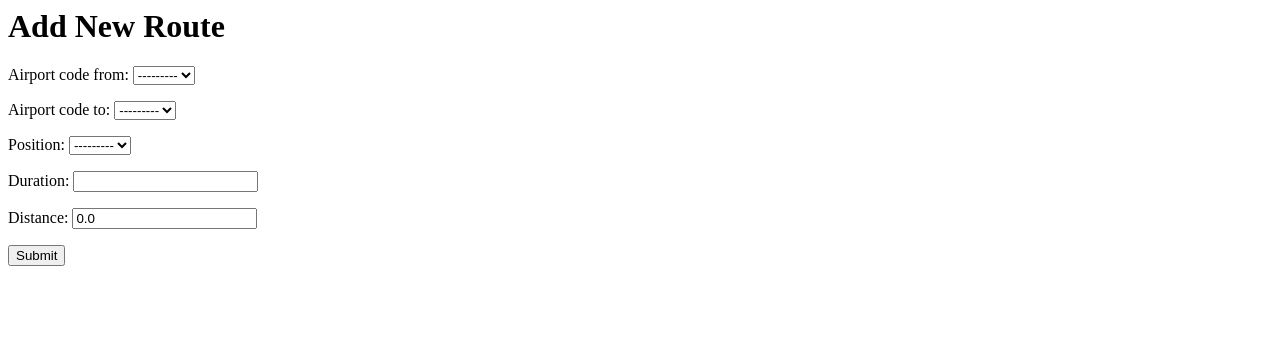
Repository: SNEHASURESH003/flight_system
Page: http://localhost/routes/add/
An editor plug-in stored every save of this project. The page is shown before and after the next save, followed by the edit.
The browser window is 1280 px wide. The pictures show the whole page.
The page is served by the project's application, run on Django 5.2 (manage.py). Queries for data that is not in the repository find no rows.

Above is the page before, as saved 2026-01-19 22:23:21.

After the next save:
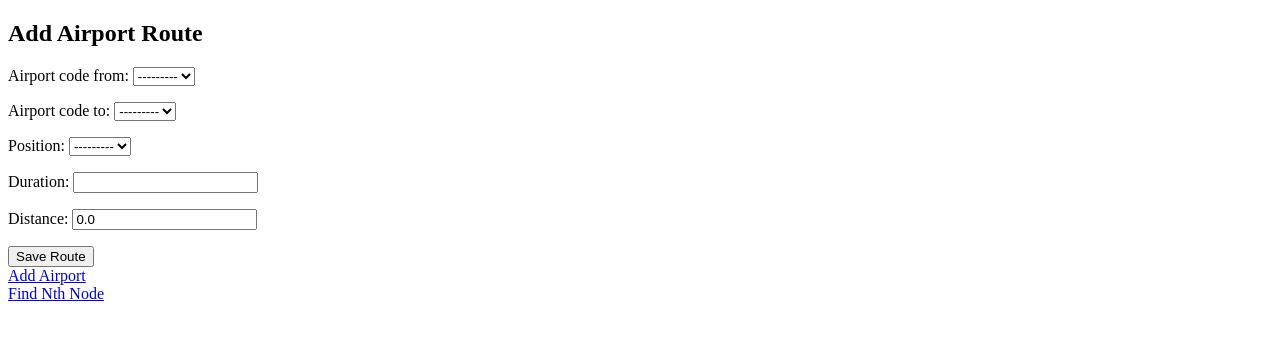
Saved 10 s later.
--- a/airport/airport_route/templates/route_form.html
+++ b/airport/airport_route/templates/route_form.html
@@ -1,15 +1,18 @@
+<!DOCTYPE html>
 <html>
 <head>
-    <title>Route Form</title>
-
+    <title>Add Route</title>
 </head>
 <body>
-    <h1>Add New Route</h1>
-    <form method="post">
-        {% csrf_token %}
-        {{ form.as_p }}
-        <button type="submit">Submit</button>
-    </form>
+<h2>Add Airport Route</h2>
 
+<form method="post">
+    {% csrf_token %}
+    {{ form.as_p }}
+    <button type="submit">Save Route</button>
+</form>
+
+<a href="{% url 'add_airport' %}">Add Airport</a><br>
+<a href="{% url 'find_nth' %}">Find Nth Node</a>
 </body>
 </html>
